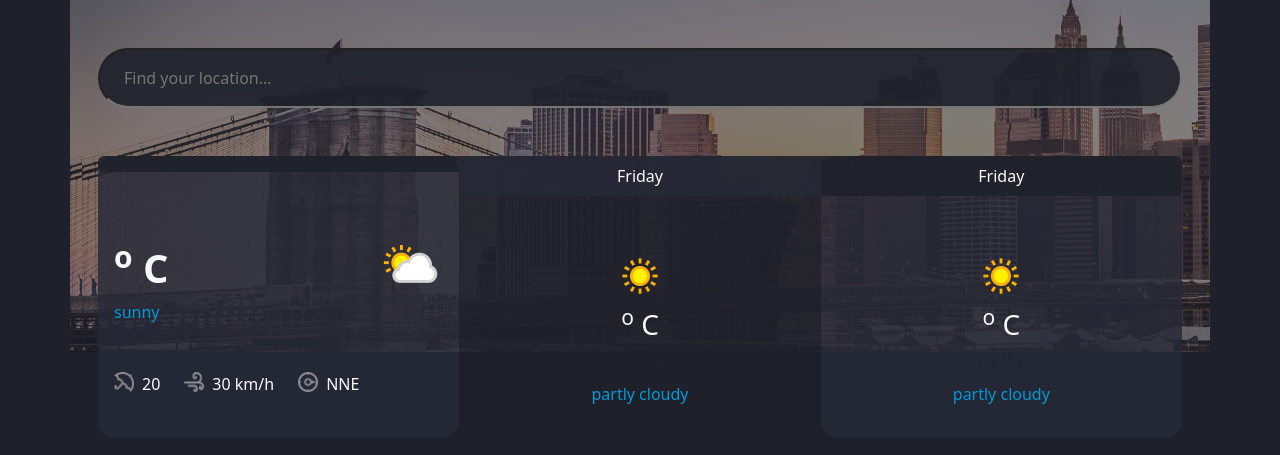
Repository: AmiraNabil97/WeatherApp
Page: index.html
These files come from the project's save history. The page is drawn as it stood at one moment and after the next save; the edit follows.
The browser window is 1280 px wide. The pictures show the whole page.
The page's requests for data from a server got no answer.

Above is the page before, as saved 2023-08-28 22:11:13.

After the next save:
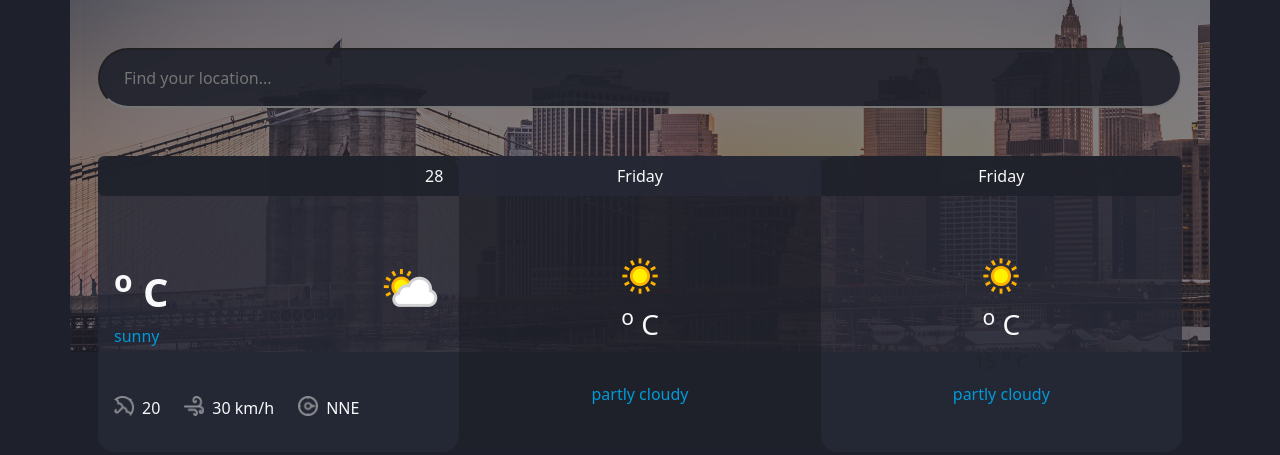
Saved 3 min 1 s later.
--- a/index.html
+++ b/index.html
@@ -21,7 +21,7 @@
                         <div class="d-flex justify-content-between py-2 px-3 bg-main-color text-light rounded-start"id="today-date">
                             <p id="today_date_day_name" class="my-auto"></p>
                             <span>
-                                <span id="today_date_day_number" class="my-auto"></span>
+                                <span id="today_date_day_number" class="my-auto">28</span>
                                 <span id="today_date_month" class="my-auto"></span>
                             </span>
                         </div>

After the save that followed:
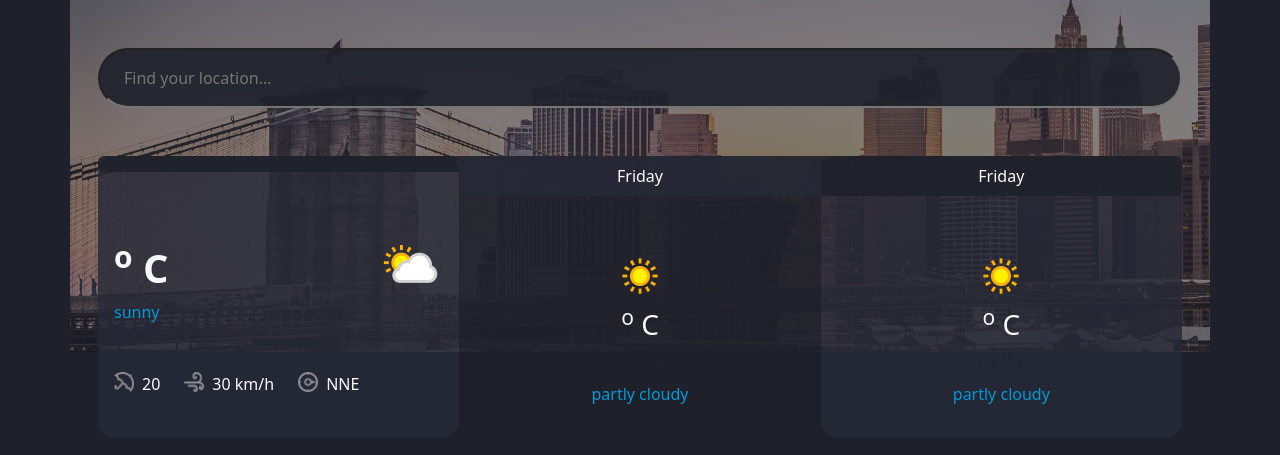
Saved 23 s later.
--- a/index.html
+++ b/index.html
@@ -21,7 +21,7 @@
                         <div class="d-flex justify-content-between py-2 px-3 bg-main-color text-light rounded-start"id="today-date">
                             <p id="today_date_day_name" class="my-auto"></p>
                             <span>
-                                <span id="today_date_day_number" class="my-auto">28</span>
+                                <span id="today_date_day_number" class="my-auto"></span>
                                 <span id="today_date_month" class="my-auto"></span>
                             </span>
                         </div>
